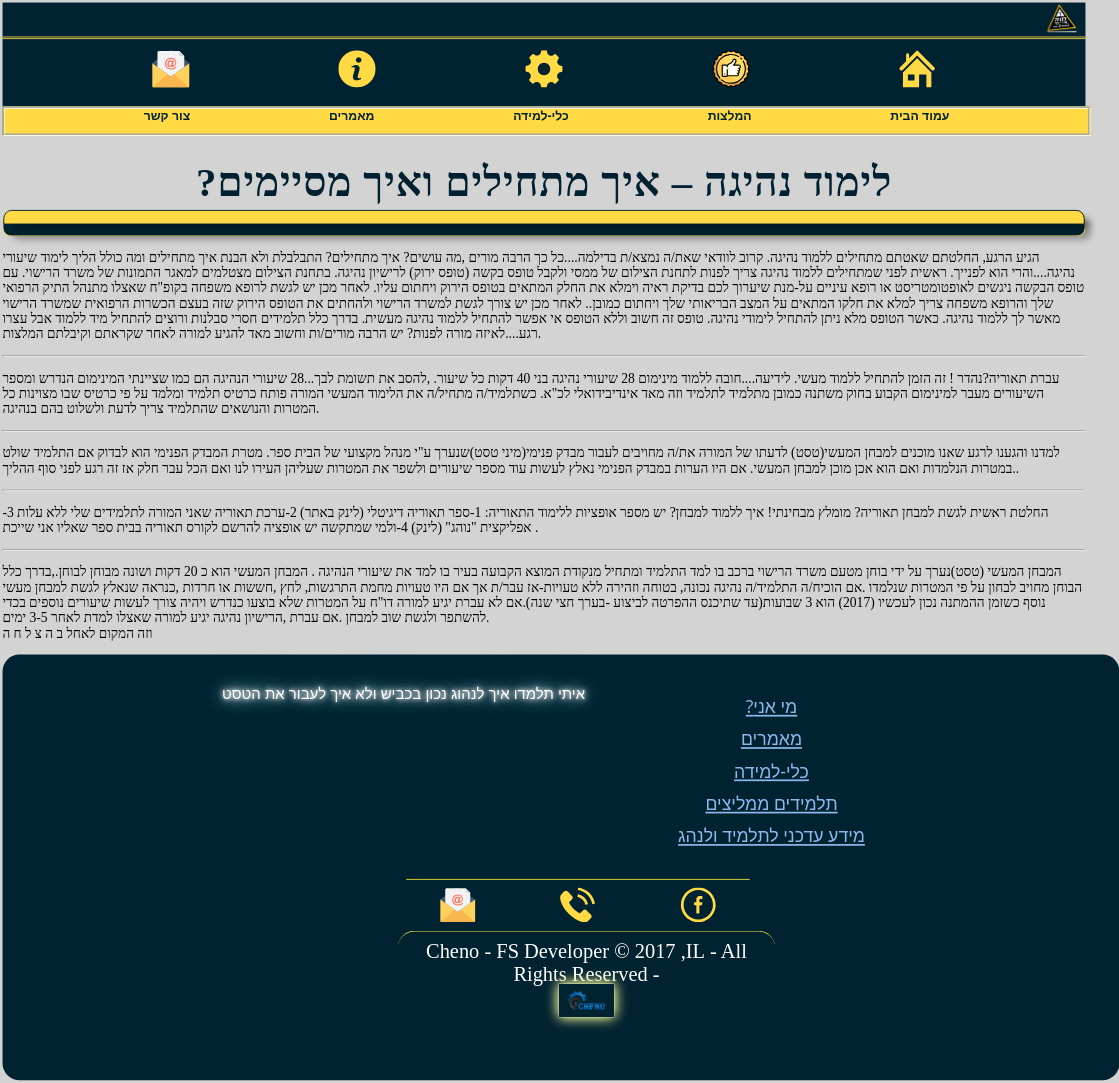
Repository: ChenGinsberg/BatyaLamed-site
Page: article/article.html
An editor plug-in stored every save of this project. The page is shown before and after the next save, followed by the edit.
The browser window is 1280 px wide. The page is 1317 px wide, so the pictures cover 1317 px, including what lies to the right of the window. The pictures show the whole page, at 85% of full size.

Above is the page before, as saved 2017-11-26 12:34:35.

After the next save:
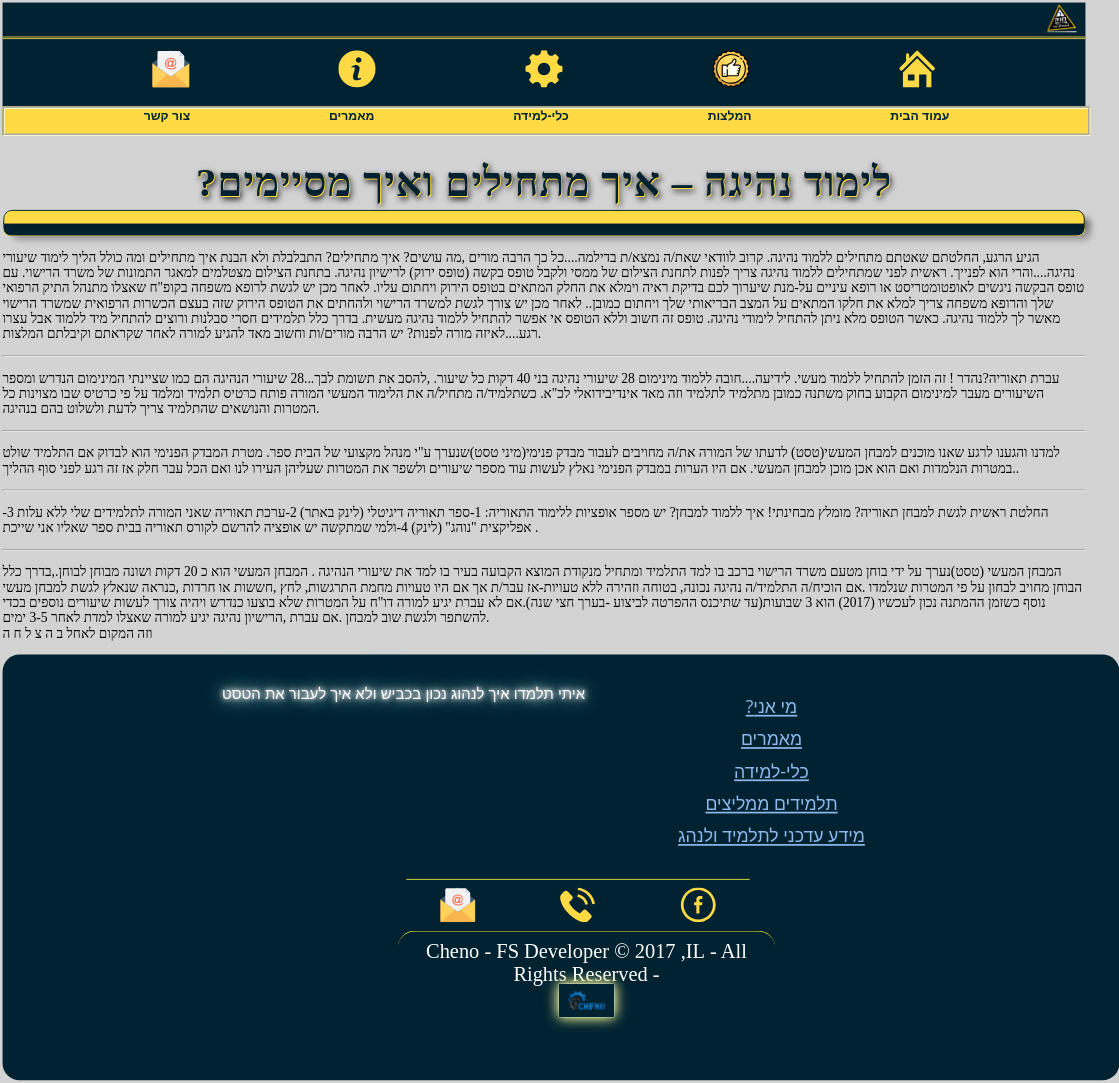
Saved 3 min 27 s later.
--- a/style/article.css
+++ b/style/article.css
@@ -11,4 +11,5 @@ h1 {
     line-height: 45px;
     letter-spacing: 1px;
     margin-bottom: 10px;
+    text-shadow: 1px 1px #FFDA44, 2px 3px 7px #000;
 }
